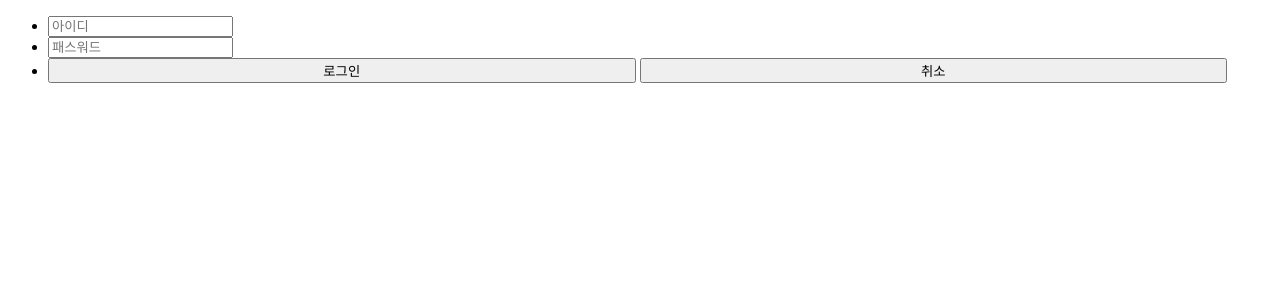
Repository: onpul/TEAM1
Page: http://localhost/Riding/mj/LoginForm.jsp
The author's editor kept a copy of each file at every save. The page is drawn from the files as they stood at one save, then again after a run of saves.
The browser window is 1280 px wide. The pictures show the whole page.
The page is served by Tomcat 9.

Above is the page before, as saved 2022-06-04 09:58:46.

After the next 2 saves:
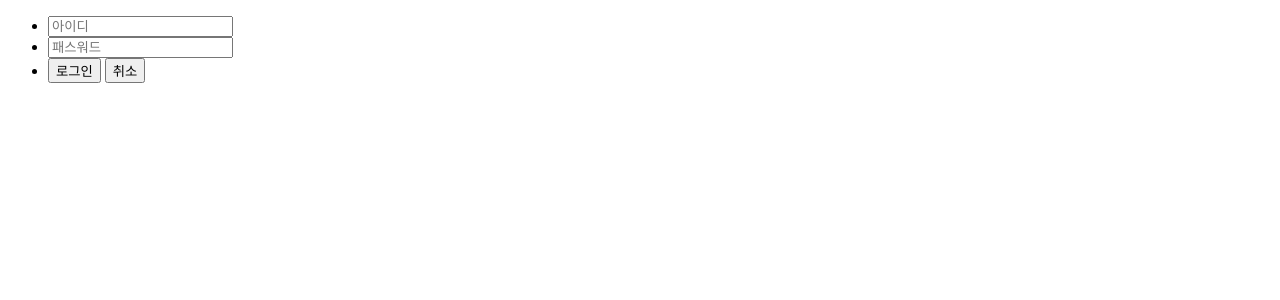
The 2 saves are shown as one change because they came seconds apart.
The last was saved 13 s later.
--- a/Riding/WebContent/mj/LoginForm.jsp
+++ b/Riding/WebContent/mj/LoginForm.jsp
@@ -20,15 +20,10 @@
 					<input type="password" id="pw" name="pw" placeholder="패스워드" required="required"/>
 				</li>
 				<li>
-					<input type="button" value="로그인" id="submitBtn" class="btn"
-					style="width: 48%"/>
-					<input type="reset" value="취소" id="resetBtn" class="btn"
-					style="width: 48%"/>
+					<input type="button" value="로그인" id="submitBtn" class="btn"/>
+					<input type="reset" value="취소" id="resetBtn" class="btn"/>
 				</li>
 			</ul>
-
-
-
 		</form>
 	</div>
 </body>
